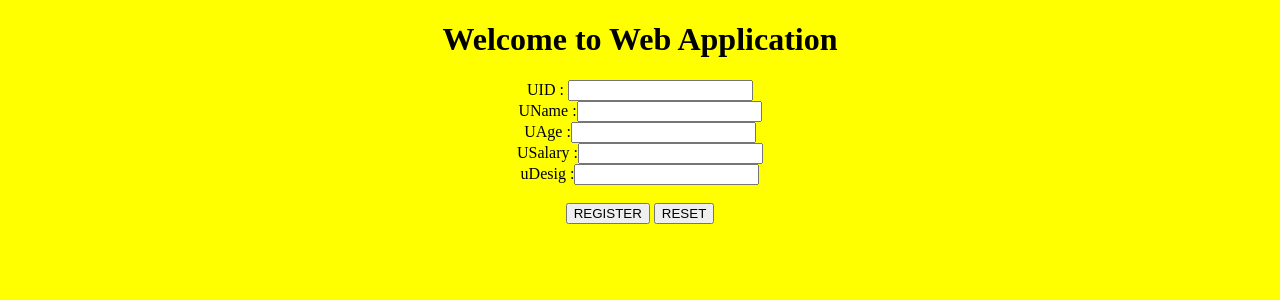
Repository: Thaneshwara848/JSP_Demo
Page: SLProject1/src/main/webapp/Register.html
These files come from the project's save history. The page is drawn as it stood at one moment and after the next save; the edit follows.
The browser window is 1280 px wide. The pictures show the whole page.

Above is the page before, as saved 2022-08-08 16:24:28.

### SLProject1/src/main/webapp/Register.html
<!DOCTYPE html>
<html>
<head>
<meta charset="UTF-8">
<title>Insert title here</title>
</head>
<body bgcolor="yellow">

	<div style="text-align: center;">
	<h1>Welcome to Web Application</h1>
		<form action="RegisterDemo">
			UID : <input type="text" name="uid"><br>
			UName :<input type="text" name="uname"><br>
			UAge :<input type="text" name="uage"><br>
			USalary :<input type="text" name="usalary"><br>
			uDesig :<input type="text" name="udesig"><br>
			<br>
			<input type="submit" value="REGISTER">
			<input type="reset" value="RESET">



		</form>
	</body>
</html>

After the next save:
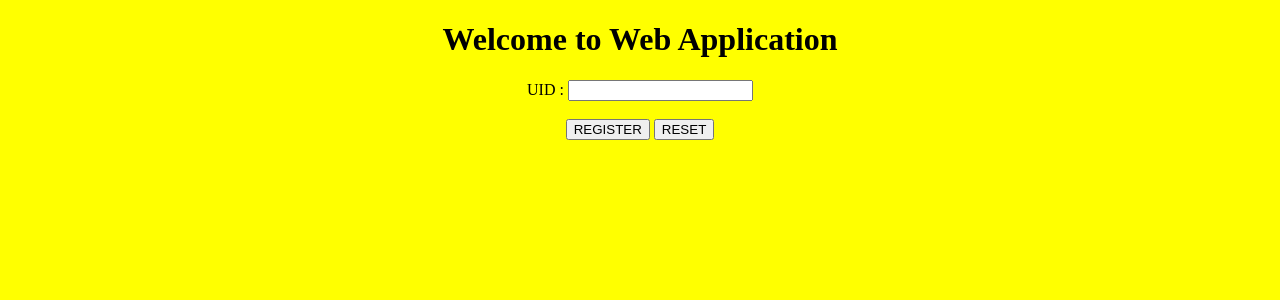
Saved 36 s later.
--- a/SLProject1/src/main/webapp/Register.html
+++ b/SLProject1/src/main/webapp/Register.html
@@ -10,10 +10,7 @@
 	<h1>Welcome to Web Application</h1>
 		<form action="RegisterDemo">
 			UID : <input type="text" name="uid"><br>
-			UName :<input type="text" name="uname"><br>
-			UAge :<input type="text" name="uage"><br>
-			USalary :<input type="text" name="usalary"><br>
-			uDesig :<input type="text" name="udesig"><br>
+
 			<br>
 			<input type="submit" value="REGISTER">
 			<input type="reset" value="RESET">
